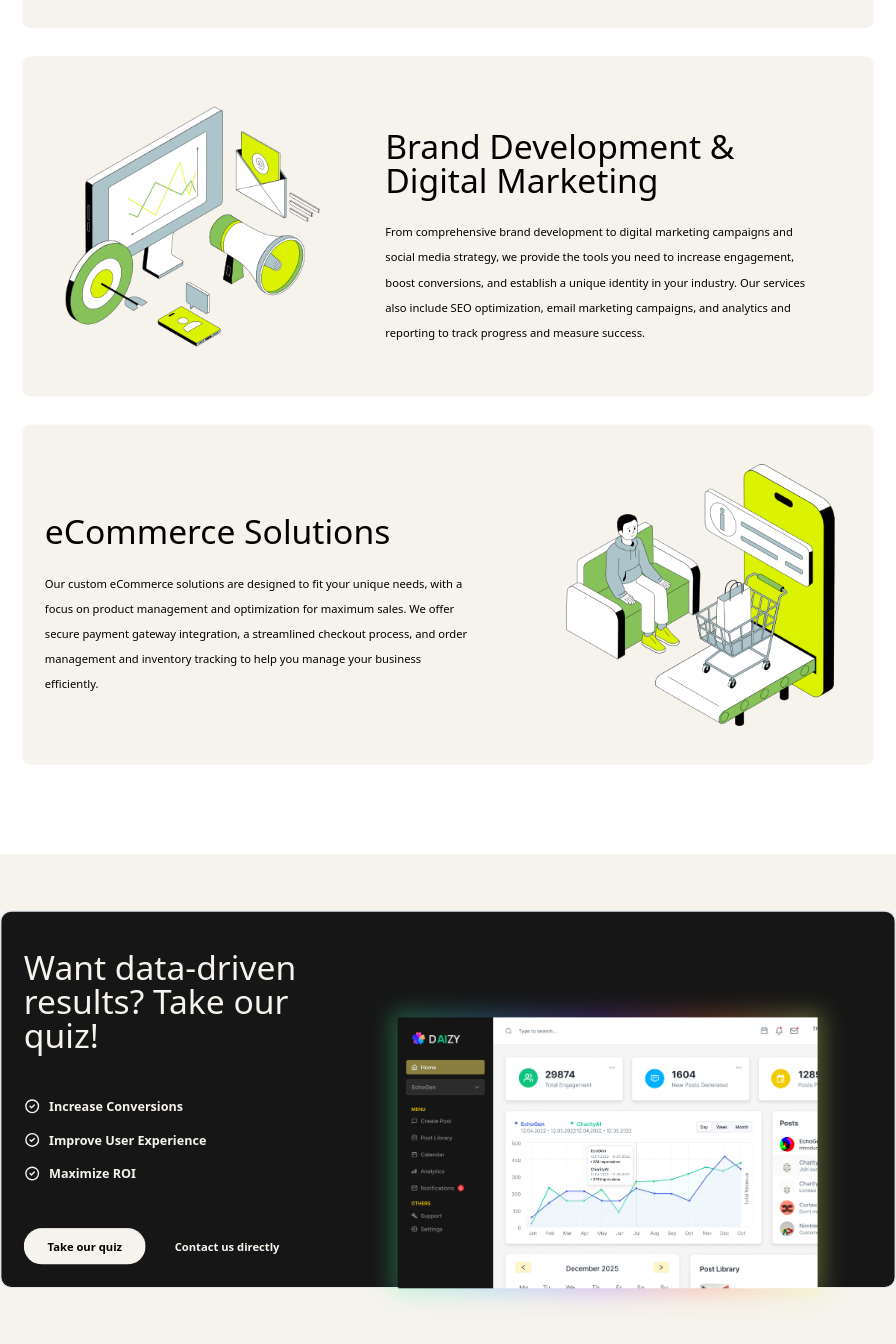
Repository: ornelasedward/mired_website
Page: /
These files come from the project's save history. The page is drawn as it stood at one moment and after the next save; the edit follows.
The browser window is 1280 px wide. The pictures show the part of the page from y = 2609 to 4529 px (the page is 4529 px tall), at 70% of full size.
The project was rebuilt for these pictures with package versions that can differ from the ones it lists, and the page was loaded fresh each time. The framework's server and built-in components were replaced by stand-ins that run in the browser. Also part of the build but not shown: next.config.js.

Above is the page before, as saved 2023-03-30 19:12:44.

### app/layout.tsx
import "./globals.css";

export const metadata = {
  title: "Mired",
  description: "Web design and development services",
};

export default function RootLayout({
  children,
}: {
  children: React.ReactNode;
}) {
  return (
    <html lang="en" className="bg-gradient-to-r from-[#F6F3EC] to-[#F5F3EB]">
      <body>{children}</body>
    </html>
  );
}

### app/page.tsx
import Header from "@/components/Header";
import Hero from "@/components/Hero";
import Services from "@/components/Services";
import CTA from "@/components/CTA";
import { Inter } from "next/font/google";
import Testimonial from "@/components/Testimonials";
import FAQ from "@/components/FAQ";
import Contact from "@/components/Contact";
import Footer from "@/components/Footer";

const inter = Inter({ subsets: ["latin"] });

export default function Home() {
  return (
    <main>
      <Hero />
      <Header />
      <Services />
      <CTA />
      {/* <Testimonial />
      <FAQ />
      <Contact />
      <Footer /> */}
    </main>
  );
}

### components/Header.tsx
export default function Header() {
  return (
    <section className="py-12 overflow-hidden sm:py-16 lg:py-20 xl:py-24">
      <div className="px-4 mx-auto max-w-7xl sm:px-6 lg:px-8">
        <div className="grid max-w-6xl grid-cols-1 mx-auto gap-y-12 lg:grid-cols-2 lg:gap-x-16 xl:gap-x-24">
          <div className="relative flex flex-col justify-between max-w-lg lg:py-12 lg:max-w-none">
            <div className="flex-1">
              <p className="text-sm font-normal tracking-widest uppercase">
                <span className="text-transparent bg-clip-text bg-gradient-to-r from-cyan-500 to-purple-500">
                  {" "}
                  Have a project in mind?{" "}
                </span>
              </p>
            </div>

            <div className="mt-6 lg:mt-auto">
              <h2 className="text-3xl font-normal text-black sm:text-4xl lg:text-5xl xl:text-6xl">
                We are dedicated to crafting websites that convert visitors into
                customers.
              </h2>
              <p className="mt-4 text-base font-normal text-black lg:max-w-xs sm:text-lg sm:mt-6">
                Sign up for a free consultation today and let our experts help
                you create a modern web design that focuses on increasing
                conversions and enhancing user experiences.
              </p>
            </div>
          </div>

          <div className="relative flex items-center justify-center">
            <div className="absolute right-1/4 transform translate-x-4 -translate-y-1/2 top-1/2 bg-gradient-to-br from-[#F7BE08] to-[#55F5A3] w-full h-full blur-2xl opacity-40" />

            <div className="relative overflow-hidden bg-white rounded-xl">
              <div className="p-6 sm:py-8 sm:px-9">
                <p className="text-xl font-normal text-black">
                  Let us know about your business & we will be in contact to
                  help you grow your business.
                </p>

                <form action="#" method="POST" className="mt-8 space-y-4">
                  <div>
                    <label for="" className="sr-only">
                      {" "}
                      Full name{" "}
                    </label>
                    <div>
                      <input
                        type="text"
                        name=""
                        id=""
                        placeholder="First & Last name"
                        className="block w-full px-5 py-4 text-base text-black placeholder-gray-500 bg-gray-200 rounded-md focus:border-black focus:ring-1 focus:ring-black"
                      />
                    </div>
                  </div>

                  <div>
                    <label for="" className="sr-only">
                      {" "}
                      Email address{" "}
                    </label>
                    <div>
                      <input
                        type="email"
                        name=""
                        id=""
                        placeholder="Email address"
                        className="block w-full px-5 py-4 text-base text-black placeholder-gray-500 bg-gray-200 rounded-md focus:border-black focus:ring-1 focus:ring-black"
                      />
                    </div>
                  </div>

                  <div>
                    <label for="" className="sr-only">
                      {" "}
                      Phone number{" "}
                    </label>
                    <div>
                      <input
                        type="tel"
                        name=""
                        id=""
                        placeholder="Phone number"
                        className="block w-full px-5 py-4 text-base text-black placeholder-gray-500 bg-gray-200 rounded-md focus:border-black focus:ring-1 focus:ring-black"
                      />
                    </div>
                  </div>

                  <div>
                    <label for="" className="sr-only">
                      {" "}
                      Message{" "}
                    </label>
                    <div>
                      <textarea
                        name=""
                        id=""
                        placeholder="Write your message"
                        rows="4"
                        className="block w-full px-5 py-4 text-base text-black placeholder-gray-500 bg-gray-200 rounded-md focus:border-black focus:ring-1 focus:ring-black"
                      ></textarea>
                    </div>
                  </div>

                  <div>
                    <div className="relative inline-flex mt-2 group">
                      <div className="absolute transition-all duration-200 rounded-[2rem] -inset-px bg-gradient-to-r from-cyan-500 to-purple-500 group-hover:shadow-lg group-hover:shadow-cyan-500/50"></div>
                      <button
                        type="button"
                        className="relative inline-flex items-center justify-center px-8 py-3 text-base font-normal text-white bg-black border border-transparent rounded-[2rem]"
                        role="button"
                      >
                        Send Message
                      </button>
                    </div>
                  </div>
                </form>
              </div>
            </div>
          </div>
        </div>
      </div>
    </section>
  );
}

### components/Services.tsx
import Image from "next/image";
import Laptop from "../images/Laptop.png";
import Ecom from "../images/Ecom.png";
import Marketing from "../images/Marketing.png";

export default function Services() {
  return (
    <div className="bg-white">
      <div className="relative px-4 mx-auto sm:px-6 lg:px-8 max-w-7xl">
        <div className="grid grid-cols-1 gap-10 lg:py-32 py-20">
          <div className="bg-gradient-to-r from-[#F6F3EC] to-[#F5F3EB] rounded-xl">
            <div className="grid md:grid-cols-5 grid-cols-1">
              <div className="col-span-3 flex items-center max-w-2xl">
                <div className="px-8 pt-8 flex flex-col lg:gap-8 gap-6 lg:max-w-2xl">
                  <h1 className="xl:text-5xl lg:text-4xl sm:text-2xl text-3xl font-normal text-black">
                    Web Design & Development
                  </h1>
                  <p className="text-md font-light lg:leading-9 md:leading-6 leading-9">
                    Our agency specializes in creating high-converting modern
                    website designs that are optimized for user experience. We
                    offer a range of services including UX research, UI
                    designing, web development, and API integrations, as well as
                    ongoing maintenance and support to ensure optimal website
                    performance on all devices.
                  </p>
                </div>
              </div>
              <div className="col-span-2">
                <Image
                  className="m-auto"
                  src={Laptop}
                  alt=""
                  width={500}
                  height={500}
                />
              </div>
            </div>
          </div>

          <div className="bg-gradient-to-r from-[#F6F3EC] to-[#F5F3EB] rounded-xl">
            <div className="grid md:grid-cols-5 grid-cols-1">
              <div className="col-span-2 md:block hidden">
                <Image
                  className="m-auto"
                  src={Marketing}
                  alt=""
                  width={500}
                  height={500}
                />
              </div>
              <div className="col-span-3 flex items-center max-w-2xl">
                <div className="px-8 pt-8 flex flex-col lg:gap-8 gap-6 lg:max-w-2xl">
                  <h1 className="xl:text-5xl lg:text-4xl sm:text-2xl text-3xl font-normal text-black">
                    Brand Development & Digital Marketing
                  </h1>
                  <p className="text-md font-light lg:leading-9 md:leading-6 leading-9">
                    From comprehensive brand development to digital marketing
                    campaigns and social media strategy, we provide the tools
                    you need to increase engagement, boost conversions, and
                    establish a unique identity in your industry. Our services
                    also include SEO optimization, email marketing campaigns,
                    and analytics and reporting to track progress and measure
                    success.
                  </p>
                </div>
              </div>
              <div className="col-span-2 md:hidden block">
                <Image
                  className="m-auto"
                  src={Marketing}
                  alt=""
                  width={500}
                  height={500}
                />
              </div>
            </div>
          </div>

          <div className="bg-gradient-to-r from-[#F6F3EC] to-[#F5F3EB] rounded-xl">
            <div className="grid md:grid-cols-5 grid-cols-1">
              <div className="col-span-3 flex items-center max-w-2xl">
                <div className="px-8 pt-8 flex flex-col lg:gap-8 gap-6 lg:max-w-2xl">
                  <h1 className="xl:text-5xl lg:text-4xl sm:text-2xl text-3xl font-normal text-black">
                    eCommerce Solutions
                  </h1>
                  <p className="text-md font-light lg:leading-9 md:leading-6 leading-9">
                    Our custom eCommerce solutions are designed to fit your
                    unique needs, with a focus on product management and
                    optimization for maximum sales. We offer secure payment
                    gateway integration, a streamlined checkout process, and
                    order management and inventory tracking to help you manage
                    your business efficiently.
                  </p>
                </div>
              </div>
              <div className="col-span-2">
                <Image
                  className="m-auto"
                  src={Ecom}
                  alt=""
                  width={500}
                  height={500}
                />
              </div>
            </div>
          </div>
        </div>
      </div>
    </div>
  );
}

### components/CTA.tsx
import Image from "next/image";
import Dashboard from "../images/dashboard.png";

export default function Component() {
  return (
    <div>
      <section className="relative py-12 overflow-hidden sm:py-16 lg:py-20">
        <div className="px-4 mx-auto max-w-7xl sm:px-6 lg:px-8 border-2 rounded-2xl bg-[#161616]">
          <div className="mt-16 absolute bottom-0 right-0 translate-x-12 translate-y-12 lg:hidden">
            <div className="relative">
              <div className="absolute -inset-2">
                <div
                  className="w-full h-full mx-auto opacity-30 blur-lg filter"
                  style={{
                    background:
                      "linear-gradient(90deg, #44ff9a -0.55%, #44b0ff 22.86%, #8b44ff 48.36%, #ff6644 73.33%, #ebff70 99.34%)",
                  }}
                ></div>
              </div>

              <div className="relative">
                <div className="aspect-w-16 aspect-h-12 lg:aspect-none">
                  <Image
                    className="object-cover object-left-top w-[600px] h-full lg:max-w-4xl 2xl:max-w-5xl"
                    src={Dashboard}
                    alt=""
                  />
                </div>
              </div>
            </div>
          </div>
          <div className="text-center lg:w-1/2 xl:w-2/5 lg:text-left lg:pr-8 py-8">
            <h2 className="mt-6 lg:mb-0 mb-32 text-3xl font-regular text-[#F6F3EC] sm:text-4xl xl:text-5xl font-pj">
              Want data-driven results? Take our quiz!
            </h2>

            <ul className="mt-4 space-y-5 lg:mt-16">
              <li className="flex items-center text-[#F6F3EC] justify-start">
                <svg
                  className="w-6 h-6"
                  xmlns="http://www.w3.org/2000/svg"
                  fill="none"
                  viewBox="0 0 24 24"
                  stroke="currentColor"
                >
                  <path
                    stroke-linecap="round"
                    stroke-linejoin="round"
                    stroke-width="2"
                    d="M9 12l2 2 4-4m6 2a9 9 0 11-18 0 9 9 0 0118 0z"
                  />
                </svg>
                <span className="ml-3 text-lg font-bold font-pj">
                  {" "}
                  Increase Conversions
                </span>
              </li>

              <li className="flex items-center justify-center text-[#F6F3EC] lg:justify-start">
                <svg
                  className="w-6 h-6"
                  xmlns="http://www.w3.org/2000/svg"
                  fill="none"
                  viewBox="0 0 24 24"
                  stroke="currentColor"
                >
                  <path
                    stroke-linecap="round"
                    stroke-linejoin="round"
                    stroke-width="2"
                    d="M9 12l2 2 4-4m6 2a9 9 0 11-18 0 9 9 0 0118 0z"
                  />
                </svg>
                <span className="ml-3 text-lg font-bold font-pj">
                  {" "}
                  Improve User Experience
                </span>
              </li>

              <li className="flex items-center justify-center text-[#F6F3EC] lg:justify-start">
                <svg
                  className="w-6 h-6"
                  xmlns="http://www.w3.org/2000/svg"
                  fill="none"
                  viewBox="0 0 24 24"
                  stroke="currentColor"
                >
                  <path
                    stroke-linecap="round"
                    stroke-linejoin="round"
                    stroke-width="2"
                    d="M9 12l2 2 4-4m6 2a9 9 0 11-18 0 9 9 0 0118 0z"
                  />
                </svg>
                <span className="ml-3 text-lg font-bold font-pj">
                  {" "}
                  Maximize ROI
                </span>
              </li>
            </ul>

            <div className="flex flex-col items-center mt-4 lg:justify-start sm:justify-center sm:flex-row lg:mt-16 sm:space-x-5">
              <a
                href="#"
                title=""
                className="
                        relative
                        inline-flex
                        items-center
                        justify-center
                        w-48
                        px-8
                        py-3
                        text-base
                        font-bold
                        text-black
                        transition-all
                        duration-200
                        bg-[#F6F3EC]
                        border-2 border-transparent
                        sm:w-auto
                        focus:outline-none focus:ring-2 focus:ring-offset-2 focus:ring-gray-900
                        font-pj
                        hover:bg-opacity-90
                        rounded-[2rem]
                    "
                role="button"
              >
                Take our quiz
              </a>

              <a
                href="#"
                title=""
                className="
                        inline-flex
                        items-center
                        justify-center
                        w-48
                        px-2
                        py-3
                        mt-5
                        text-base
                        font-bold
                        text-[#F6F3EC]
                        transition-all
                        duration-200
                        border-2 border-transparent
                        sm:w-autojustify-center sm:mt-0
                        rounded-[2rem]
                        font-pj
                        focus:outline-none focus:ring-2 focus:ring-offset-2 focus:ring-gray-900
                        focus:bg-transparent
                        hover:text-white
                        focus:text-white
                        hover:border-white
                        focus:border-gray-900
                    "
                role="button"
              >
                Contact us directly
              </a>
            </div>
          </div>
        </div>

        <div className="mt-16 translate-x-12 lg:absolute lg:bottom-0 lg:right-0 lg:-translate-y-20 lg:-translate-x-38 xl:-translate-x-28 hidden lg:block">
          <div className="relative">
            <div className="absolute -inset-2">
              <div
                className="w-full h-full mx-auto opacity-30 blur-lg filter"
                style={{
                  background:
                    "linear-gradient(90deg, #44ff9a -0.55%, #44b0ff 22.86%, #8b44ff 48.36%, #ff6644 73.33%, #ebff70 99.34%)",
                }}
              ></div>
            </div>

            <div className="relative">
              <div className="aspect-w-16 aspect-h-12 lg:aspect-none">
                <Image
                  className="object-cover object-left-top w-[600px] h-full lg:max-w-4xl 2xl:max-w-5xl"
                  src={Dashboard}
                  alt=""
                />
              </div>
            </div>
          </div>
        </div>
      </section>
    </div>
  );
}

Loaded but not shown: app/globals.css (common file); tailwind.config.js (common file); components/Hero.tsx (254 lines, source omitted)

After the next save:
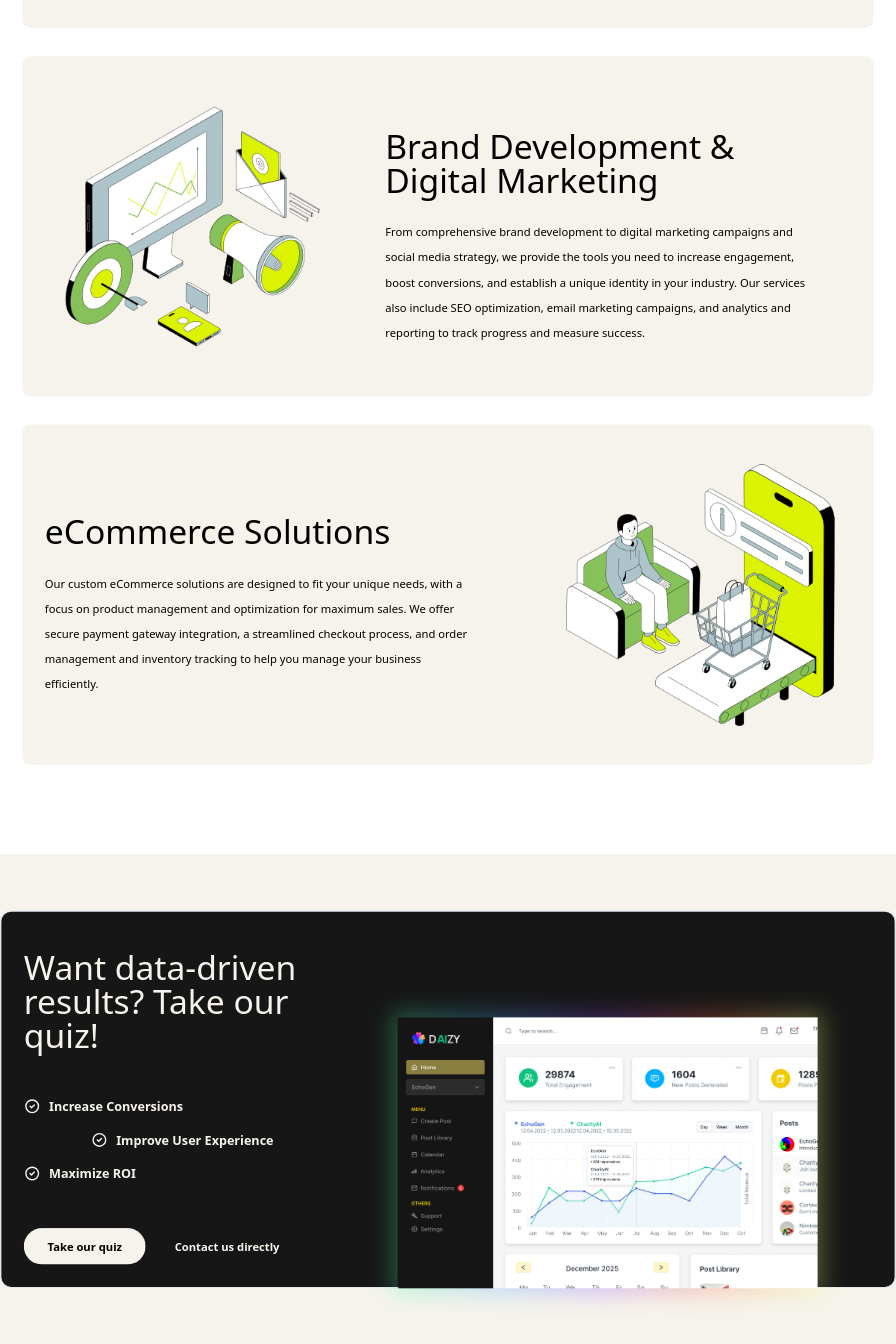
Saved 11 s later.
--- a/components/CTA.tsx
+++ b/components/CTA.tsx
@@ -56,7 +56,7 @@
                 </span>
               </li>
 
-              <li className="flex items-center justify-center text-[#F6F3EC] lg:justify-start">
+              <li className="flex items-center justify-center text-[#F6F3EC] justify-start">
                 <svg
                   className="w-6 h-6"
                   xmlns="http://www.w3.org/2000/svg"

After the save that followed:
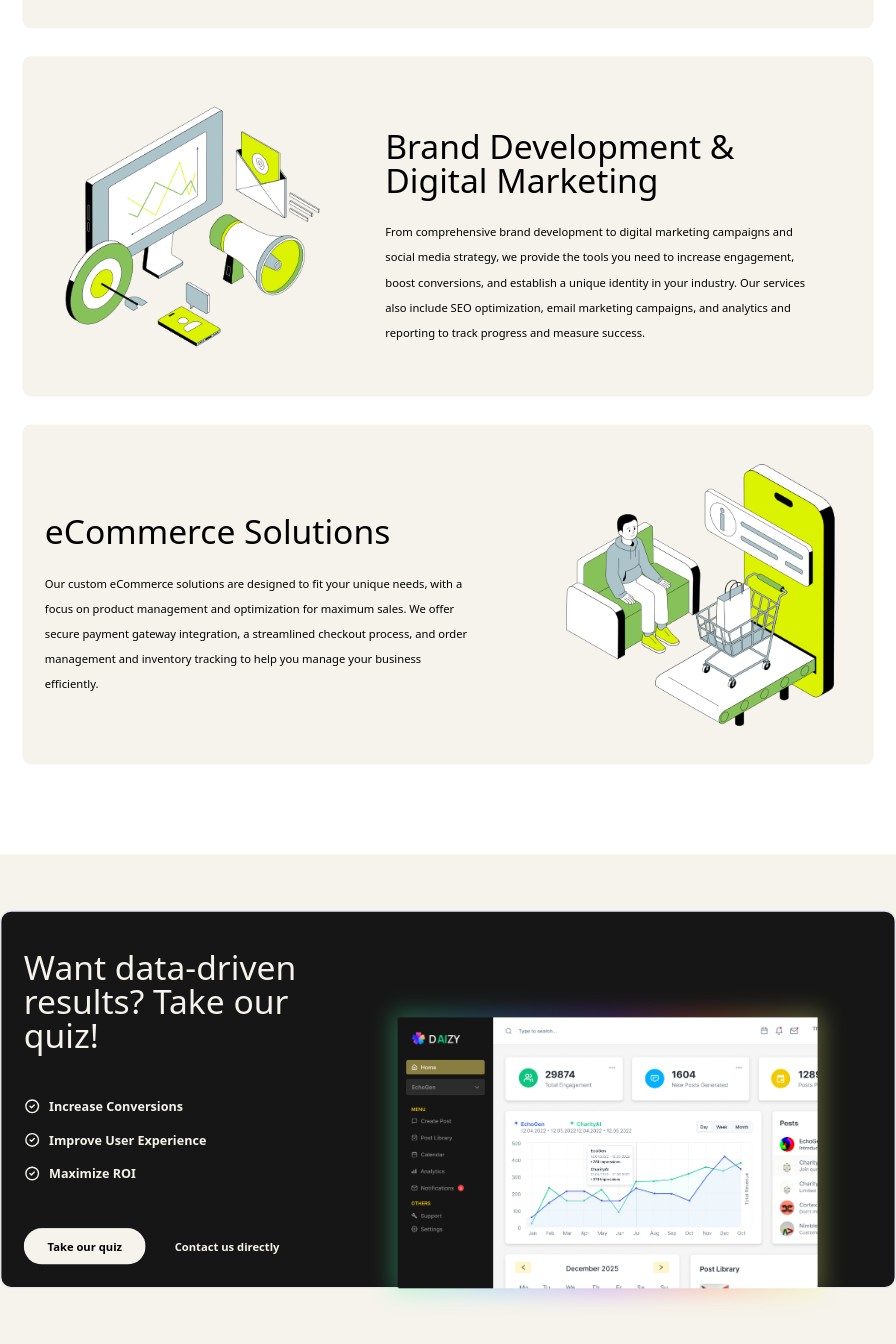
Saved 4 s later.
--- a/components/CTA.tsx
+++ b/components/CTA.tsx
@@ -56,7 +56,7 @@
                 </span>
               </li>
 
-              <li className="flex items-center justify-center text-[#F6F3EC] justify-start">
+              <li className="flex items-center text-[#F6F3EC] justify-start">
                 <svg
                   className="w-6 h-6"
                   xmlns="http://www.w3.org/2000/svg"
